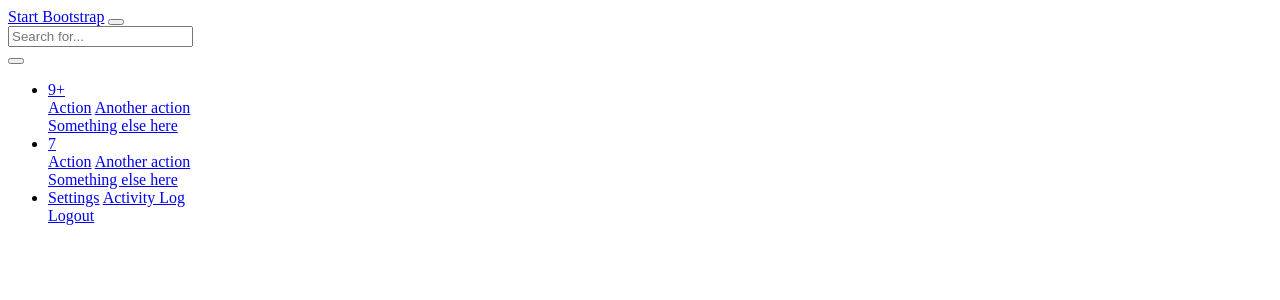
Repository: HAD32/java-web-mvc-learning
Page: http://localhost/spring-mvc/common/admin/header.jsp
An editor plug-in stored every save of this project. The page is shown before and after the next save, followed by the edit.
The browser window is 1280 px wide. The pictures show the whole page.
The page is served by Tomcat 9. Nobody is signed in. The application's start-up code is not run.

Above is the page before, as saved 2022-02-10 17:07:51.

After the next save:
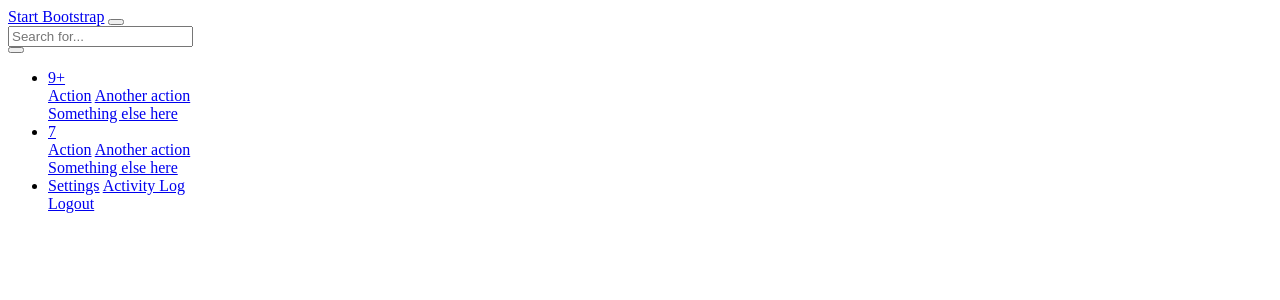
Saved 37 s later.
--- a/spring-mvc/src/main/webapp/common/admin/header.jsp
+++ b/spring-mvc/src/main/webapp/common/admin/header.jsp
@@ -1,78 +1,70 @@
 <%@ page language="java" contentType="text/html; charset=UTF-8"
-    pageEncoding="UTF-8"%>
-<!DOCTYPE html>
-<html>
-<head>
-<meta charset="UTF-8">
-<title>Insert title here</title>
-</head>
-<body>
-	<nav class="navbar navbar-expand navbar-dark bg-dark static-top">
+	pageEncoding="UTF-8"%>
 
-		<a class="navbar-brand mr-1" href="index.html">Start Bootstrap</a>
+<nav class="navbar navbar-expand navbar-dark bg-dark static-top">
 
-		<button class="btn btn-link btn-sm text-white order-1 order-sm-0"
-			id="sidebarToggle" href="#">
-			<i class="fas fa-bars"></i>
-		</button>
+	<a class="navbar-brand mr-1" href="index.html">Start Bootstrap</a>
 
-		<!-- Navbar Search -->
-		<form
-			class="d-none d-md-inline-block form-inline ml-auto mr-0 mr-md-3 my-2 my-md-0">
-			<div class="input-group">
-				<input type="text" class="form-control" placeholder="Search for..."
-					aria-label="Search" aria-describedby="basic-addon2">
-				<div class="input-group-append">
-					<button class="btn btn-primary" type="button">
-						<i class="fas fa-search"></i>
-					</button>
-				</div>
+	<button class="btn btn-link btn-sm text-white order-1 order-sm-0"
+		id="sidebarToggle" href="#">
+		<i class="fas fa-bars"></i>
+	</button>
+
+	<!-- Navbar Search -->
+	<form
+		class="d-none d-md-inline-block form-inline ml-auto mr-0 mr-md-3 my-2 my-md-0">
+		<div class="input-group">
+			<input type="text" class="form-control" placeholder="Search for..."
+				aria-label="Search" aria-describedby="basic-addon2">
+			<div class="input-group-append">
+				<button class="btn btn-primary" type="button">
+					<i class="fas fa-search"></i>
+				</button>
 			</div>
-		</form>
+		</div>
+	</form>
 
-		<!-- Navbar -->
-		<ul class="navbar-nav ml-auto ml-md-0">
-			<li class="nav-item dropdown no-arrow mx-1"><a
-				class="nav-link dropdown-toggle" href="#" id="alertsDropdown"
-				role="button" data-toggle="dropdown" aria-haspopup="true"
-				aria-expanded="false"> <i class="fas fa-bell fa-fw"></i> <span
-					class="badge badge-danger">9+</span>
-			</a>
-				<div class="dropdown-menu dropdown-menu-right"
-					aria-labelledby="alertsDropdown">
-					<a class="dropdown-item" href="#">Action</a> <a
-						class="dropdown-item" href="#">Another action</a>
-					<div class="dropdown-divider"></div>
-					<a class="dropdown-item" href="#">Something else here</a>
-				</div></li>
-			<li class="nav-item dropdown no-arrow mx-1"><a
-				class="nav-link dropdown-toggle" href="#" id="messagesDropdown"
-				role="button" data-toggle="dropdown" aria-haspopup="true"
-				aria-expanded="false"> <i class="fas fa-envelope fa-fw"></i> <span
-					class="badge badge-danger">7</span>
-			</a>
-				<div class="dropdown-menu dropdown-menu-right"
-					aria-labelledby="messagesDropdown">
-					<a class="dropdown-item" href="#">Action</a> <a
-						class="dropdown-item" href="#">Another action</a>
-					<div class="dropdown-divider"></div>
-					<a class="dropdown-item" href="#">Something else here</a>
-				</div></li>
-			<li class="nav-item dropdown no-arrow"><a
-				class="nav-link dropdown-toggle" href="#" id="userDropdown"
-				role="button" data-toggle="dropdown" aria-haspopup="true"
-				aria-expanded="false"> <i class="fas fa-user-circle fa-fw"></i>
-			</a>
-				<div class="dropdown-menu dropdown-menu-right"
-					aria-labelledby="userDropdown">
-					<a class="dropdown-item" href="#">Settings</a> <a
-						class="dropdown-item" href="#">Activity Log</a>
-					<div class="dropdown-divider"></div>
-					<a class="dropdown-item" href="#" data-toggle="modal"
-						data-target="#logoutModal">Logout</a>
-				</div></li>
-		</ul>
+	<!-- Navbar -->
+	<ul class="navbar-nav ml-auto ml-md-0">
+		<li class="nav-item dropdown no-arrow mx-1"><a
+			class="nav-link dropdown-toggle" href="#" id="alertsDropdown"
+			role="button" data-toggle="dropdown" aria-haspopup="true"
+			aria-expanded="false"> <i class="fas fa-bell fa-fw"></i> <span
+				class="badge badge-danger">9+</span>
+		</a>
+			<div class="dropdown-menu dropdown-menu-right"
+				aria-labelledby="alertsDropdown">
+				<a class="dropdown-item" href="#">Action</a> <a
+					class="dropdown-item" href="#">Another action</a>
+				<div class="dropdown-divider"></div>
+				<a class="dropdown-item" href="#">Something else here</a>
+			</div></li>
+		<li class="nav-item dropdown no-arrow mx-1"><a
+			class="nav-link dropdown-toggle" href="#" id="messagesDropdown"
+			role="button" data-toggle="dropdown" aria-haspopup="true"
+			aria-expanded="false"> <i class="fas fa-envelope fa-fw"></i> <span
+				class="badge badge-danger">7</span>
+		</a>
+			<div class="dropdown-menu dropdown-menu-right"
+				aria-labelledby="messagesDropdown">
+				<a class="dropdown-item" href="#">Action</a> <a
+					class="dropdown-item" href="#">Another action</a>
+				<div class="dropdown-divider"></div>
+				<a class="dropdown-item" href="#">Something else here</a>
+			</div></li>
+		<li class="nav-item dropdown no-arrow"><a
+			class="nav-link dropdown-toggle" href="#" id="userDropdown"
+			role="button" data-toggle="dropdown" aria-haspopup="true"
+			aria-expanded="false"> <i class="fas fa-user-circle fa-fw"></i>
+		</a>
+			<div class="dropdown-menu dropdown-menu-right"
+				aria-labelledby="userDropdown">
+				<a class="dropdown-item" href="#">Settings</a> <a
+					class="dropdown-item" href="#">Activity Log</a>
+				<div class="dropdown-divider"></div>
+				<a class="dropdown-item" href="#" data-toggle="modal"
+					data-target="#logoutModal">Logout</a>
+			</div></li>
+	</ul>
 
-	</nav>
-</body>
-</html>
+</nav>
